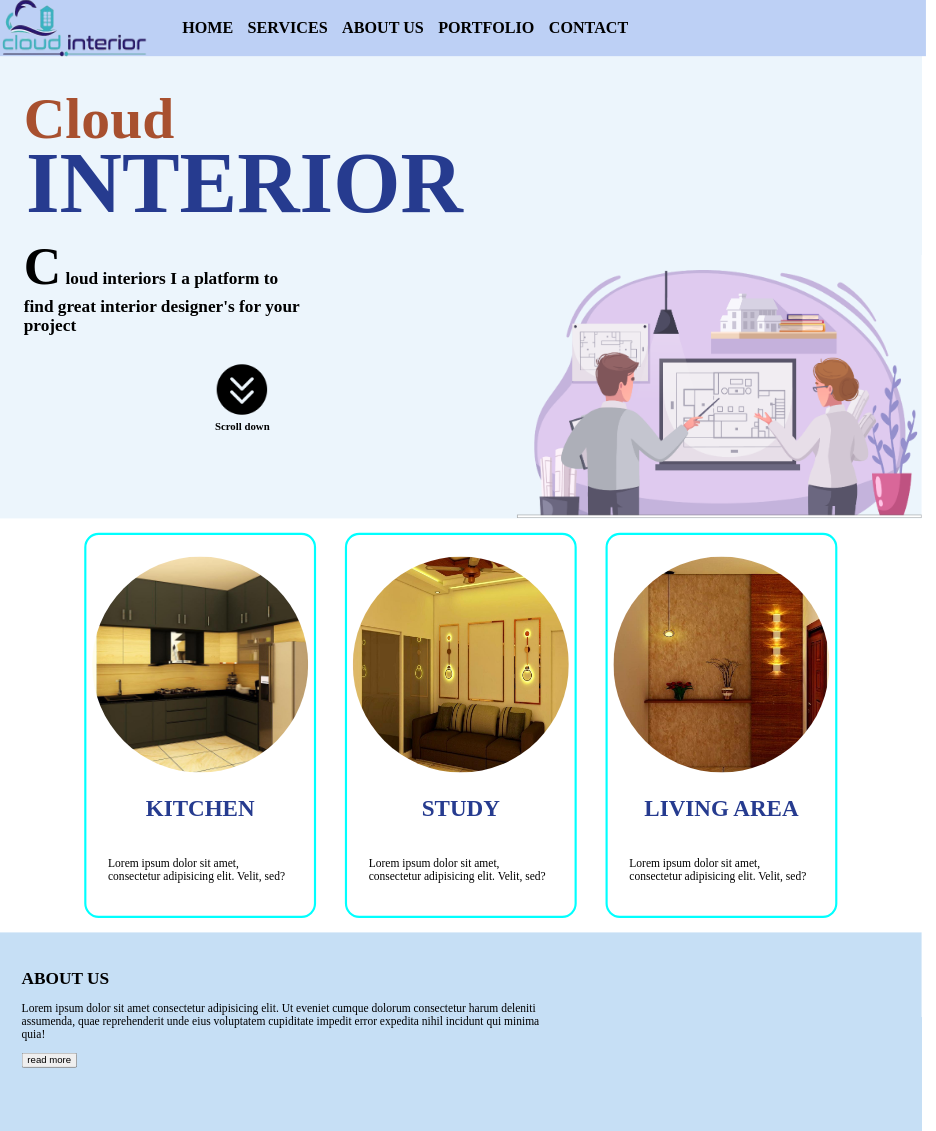
Repository: Ganavid/ganavidgowda.github.io
Page: cloud interior/‌index.html
An editor plug-in stored every save of this project. The page is shown before and after a run of saves, followed by the edit.
The browser window is 1280 px wide. The page is 1280 px wide, then 1300 px, so the pictures cover 1300 px, including what lies to the right of the window. The pictures show the whole page, at 72% of full size.

Above is the page before, as saved 2023-03-04 03:12:47.

After the next 3 saves:
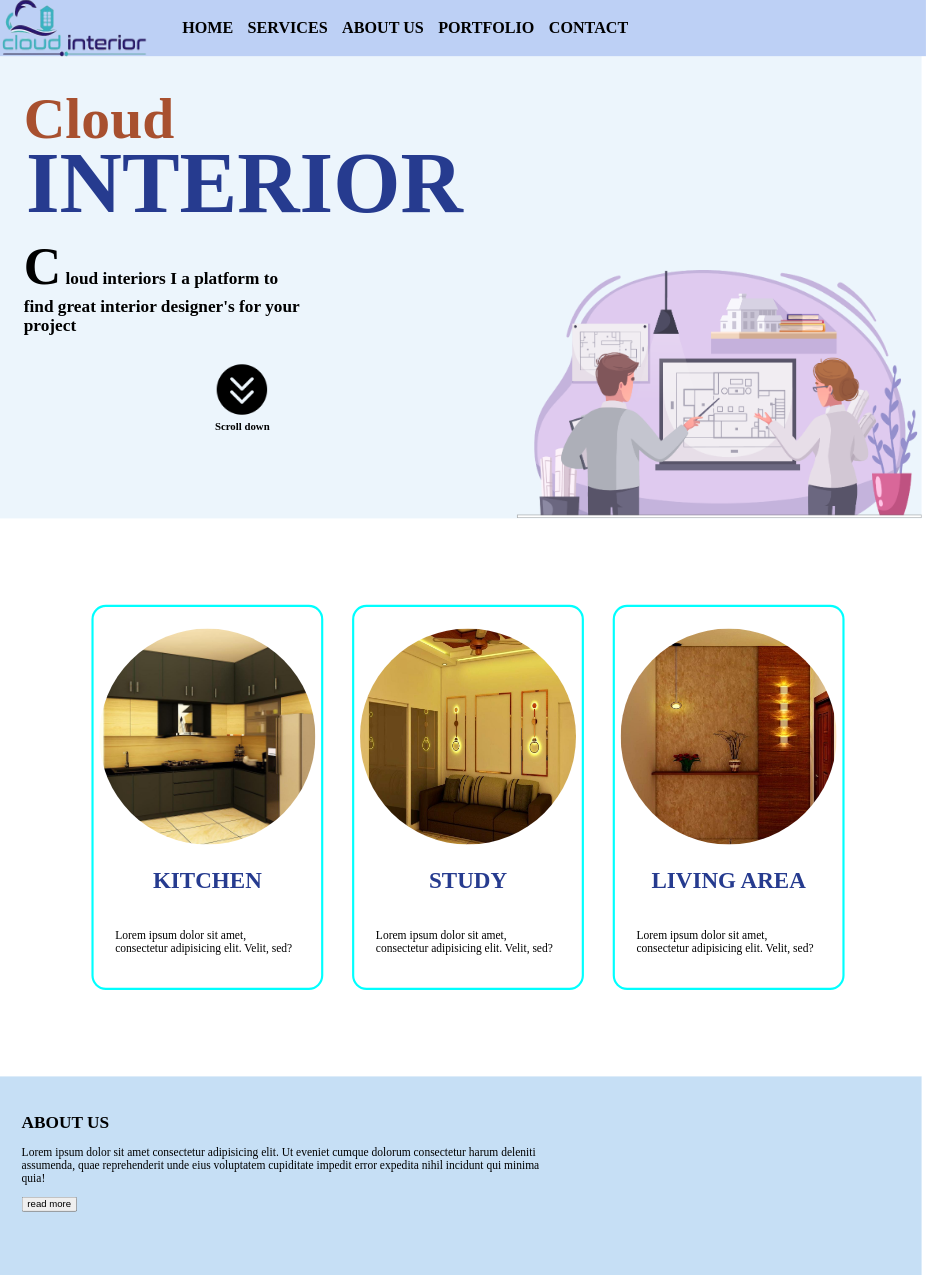
The 3 saves are shown as one change because they came seconds apart.
The last was saved 9 s later.
--- a/cloud interior/interial.css
+++ b/cloud interior/interial.css
@@ -158,7 +158,7 @@ nav{
     padding: 0px;
     margin: 0px;
     width: 100vw;
-    padding-top: 1000px 10px;
+    padding: 100px 10px;
 
     justify-content: center;
 }
